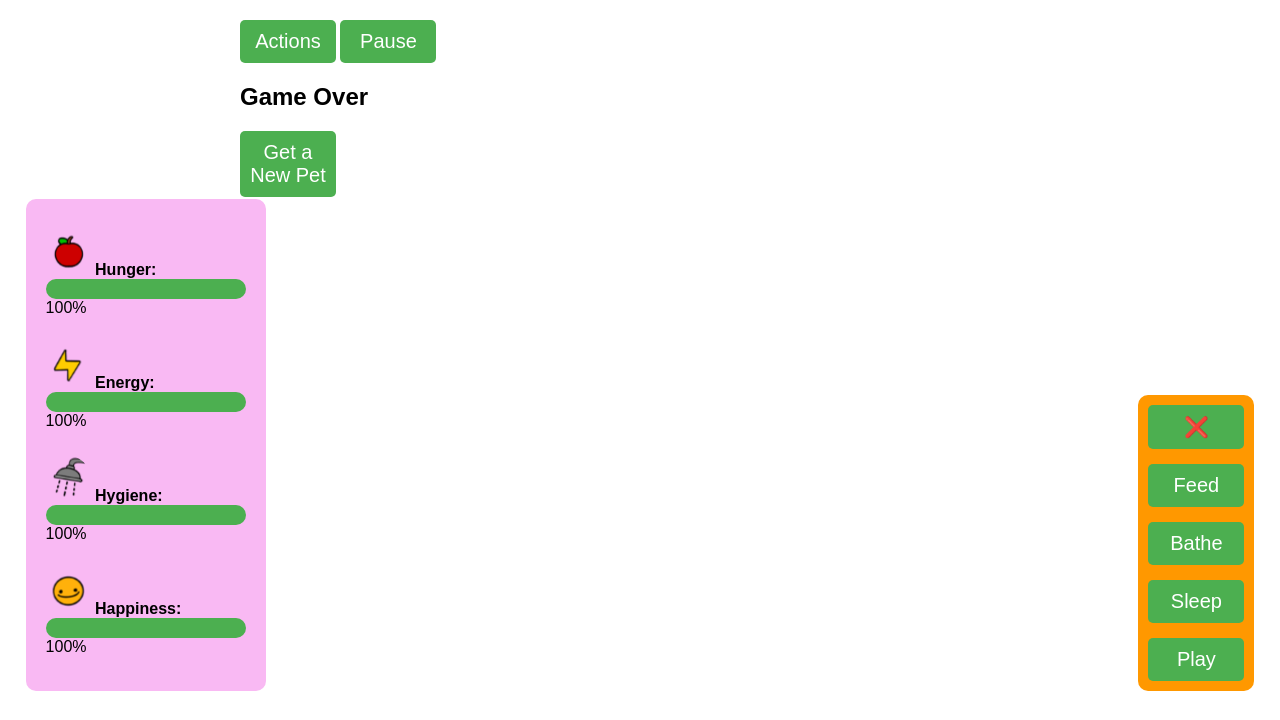
Repository: sarahjx/CapyCare
Page: html/index.html
An editor plug-in stored every save of this project. The page is shown before and after the next save, followed by the edit.
The browser window is 1280 px wide. The pictures show the whole page.
Some web fonts or font styles are not loaded; a fallback is used.

Above is the page before, as saved 2025-04-30 18:11:12.
Console error: SyntaxError: Unexpected end of input

After the next save:
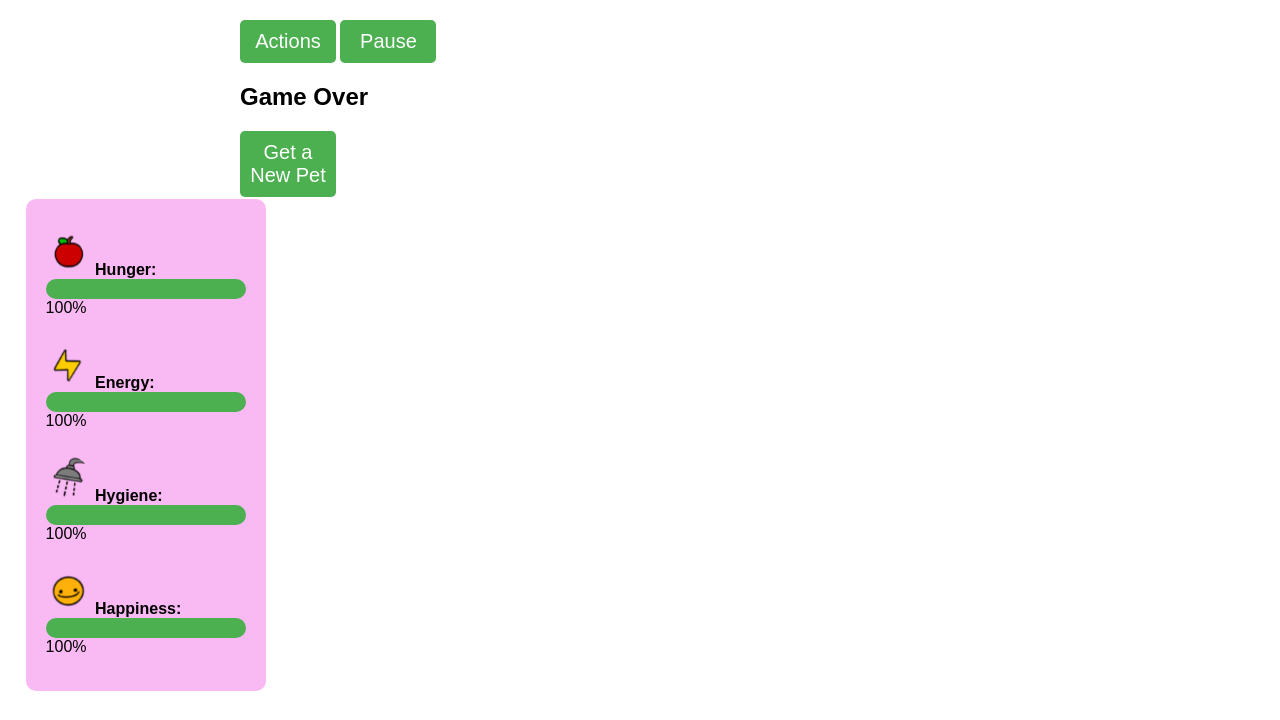
Saved 46 s later.
--- a/css/statusbar.css
+++ b/css/statusbar.css
@@ -109,6 +109,6 @@ button:hover {
   margin-top: 5px;
 }
 
-/* .hidden {
+.hidden {
   display: none;
-} */
+}
